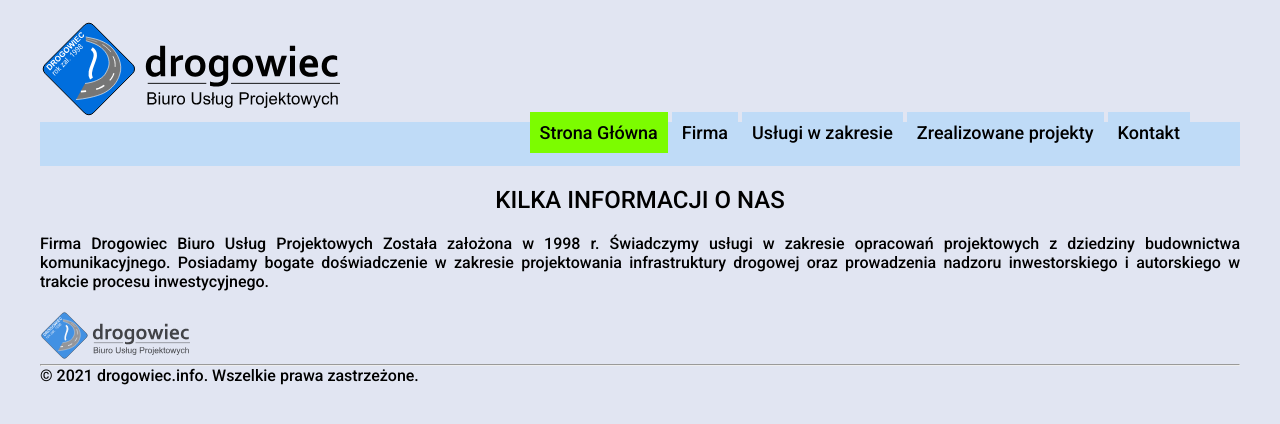
Repository: AdamBodzak/WTF_v2
Page: index.html
These files come from the project's save history. The page is drawn as it stood at one moment and after the next save; the edit follows.
The browser window is 1280 px wide. The pictures show the whole page.
The pointer rests on the first visible `.menuItem`.

Above is the page before, as saved 2021-01-08 13:48:00.

### index.html
<!DOCTYPE html>
<html lang="pl">
<head>
    <meta charset="UTF-8">
    <meta name="viewport" content="width=device-width, initial-scale=1.0">
    <link rel="preconnect" href="https://fonts.gstatic.com">
    <link rel="stylesheet" href="style.css" type="text/css">
    <title>DROGOWIEC Biuro Usług Projektowych</title>
</head>
<body>
    <header>
        <a href="index.html">
            <img id="logo" src="./img/Logo.svg" alt="Logo image">
        </a>
        <nav>
            <ul id="nawigationBar">
                <li> <a class="menuItem" href="#"> Strona Główna </a></li>
                <li> <a class="menuItem" href="#"> Firma </a></li>
                <li> <a class="menuItem" href="#"> Usługi w zakresie </a></li>
                <li> <a class="menuItem" href="#"> Zrealizowane projekty </a></li>
                <li> <a class="menuItem" href="#"> Kontakt </a></li>
            </ul>
        </nav>
    </header>
    <main>
        <section>
            <h1 id="hederSection">KILKA INFORMACJI O NAS</h1>
            <p id="paragrafSection">
                Firma Drogowiec Biuro Usług Projektowych Została założona w 1998 r.
                Świadczymy usługi w zakresie opracowań projektowych z dziedziny budownictwa
                komunikacyjnego. Posiadamy bogate doświadczenie w zakresie projektowania infrastruktury
                drogowej oraz prowadzenia nadzoru inwestorskiego i autorskiego w trakcie procesu inwestycyjnego.
            </p>
        </section>
    <main>
    <footer>
        <a href="index.html">
            <img id="logoFooter" src="./img/Logo.svg" alt="Logo image">
        </a>
        <div id="kontakt">

        </div>
        <hr>
        <p>
            © 2021 drogowiec.info. Wszelkie prawa zastrzeżone.
        </p>
    </footer>
</body>
</html>

### style.css
@import url('https://fonts.googleapis.com/css2?family=Roboto:wght@300;500;700&display=swap');

* {
    font-family: 'Roboto', sans-serif;
    font-weight: 500;
    box-sizing: border-box;
    margin: 0px;
    padding: 0px;
}

body {
    max-width: 1200px;
    background-color: #E1E5F2;
    margin-left: auto;
    margin-right: auto;
}

#logo {
    width: 300px;
    padding-top: 20px;
}

#nawigationBar{
    background-color: #BFDBF7;
    text-align: right;
    padding-right: 50px;
    height: 44px;
}

#nawigationBar>li {
    display: inline-block;
}

.menuItem{
    font-size: 18px;
    color: black;
    text-decoration: none;
    padding: 10px;
    background-color: #BFDBF7;
}

.menuItem:hover {
    background-color: lawngreen;
}

#logoFooter {
    width: 150px;
    opacity: 0.7;
}

#hederSection {
    text-align: center;
    padding: 20px;
}

#paragrafSection {
    text-align: justify;
}

footer {
    padding-top: 20px;
}

Loaded but not shown: img/Logo.svg (19 lines, source omitted)

After the next save:
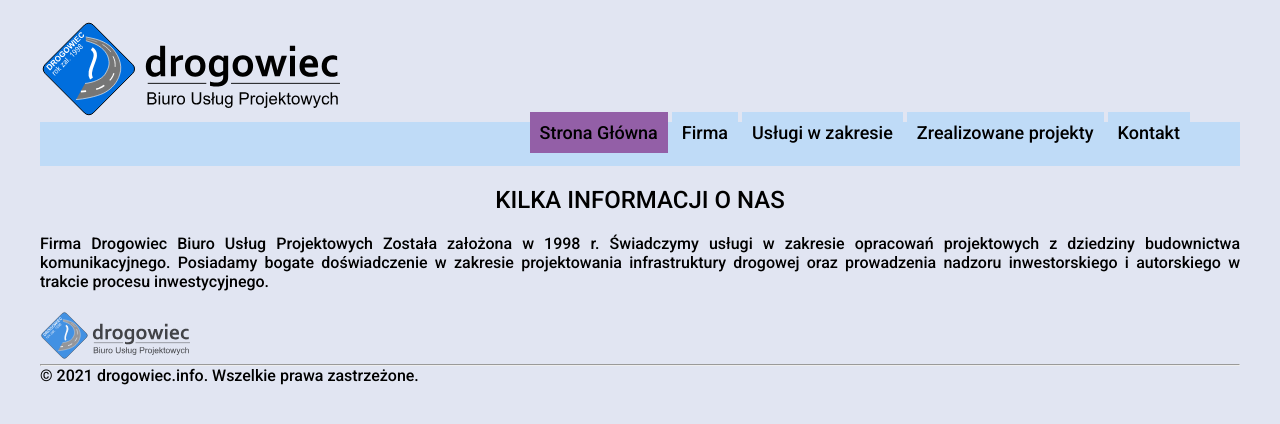
Saved 2 min 16 s later.
--- a/style.css
+++ b/style.css
@@ -40,7 +40,7 @@
 }
 
 .menuItem:hover {
-    background-color: lawngreen;
+    background-color: #935FA7;
 }
 
 #logoFooter {
